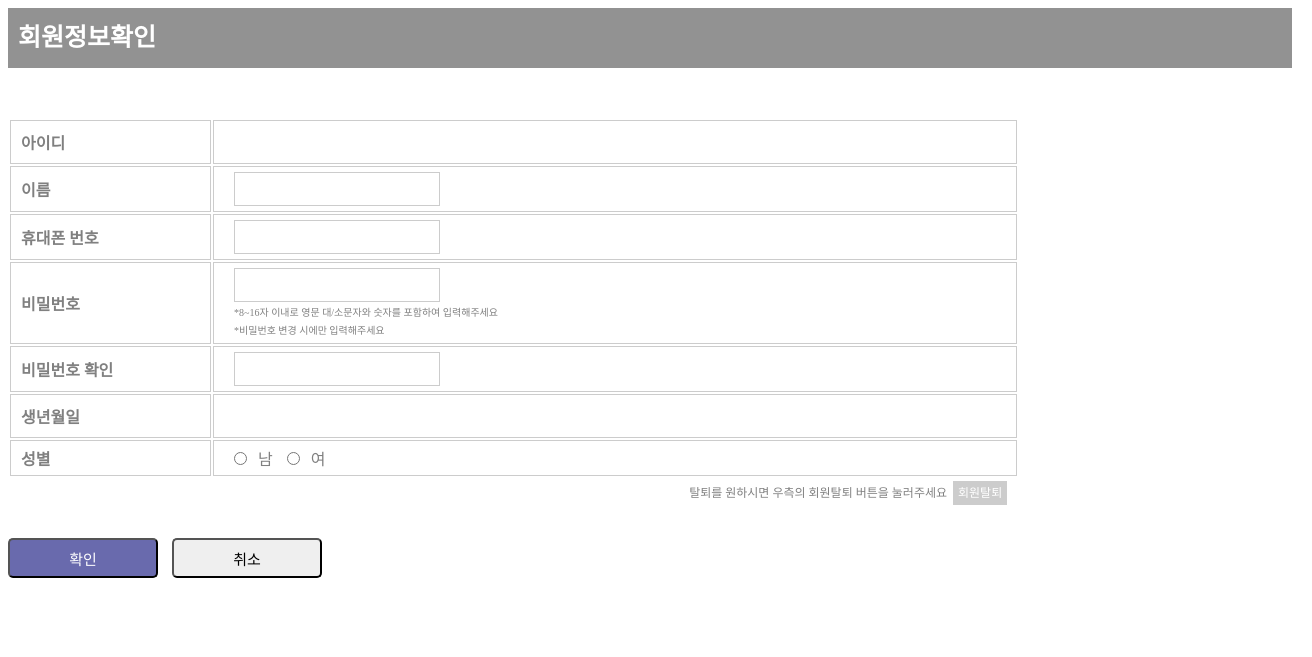
Repository: euzny/Spring-Website
Page: http://localhost/anafor/WEB-INF/views/my_info/info.jsp
An editor plug-in stored every save of this project. The page is shown before and after the next save, followed by the edit.
The browser window is 1280 px wide. The page is 1292 px wide, then 1312 px, so the pictures cover 1312 px, including what lies to the right of the window. The pictures show the whole page.
The page is served by Tomcat 9. Nobody is signed in. Other server files are loaded and not shown. The template is opened directly, without the code that normally fills it, so the values that code supplies are empty.

Above is the page before, as saved 2022-06-21 10:37:25.
Console error: ReferenceError: $ is not defined

### Workspace/anafor/src/main/webapp/WEB-INF/views/my_info/info.jsp
<%@ page language="java" contentType="text/html; charset=UTF-8"
    pageEncoding="UTF-8"%>
<%@ taglib prefix="c" uri="http://java.sun.com/jsp/jstl/core" %>
<!DOCTYPE html>
<html>
<head>
<meta charset="UTF-8">
<title>Insert title here</title>
<script type="text/javascript" src="js/join-check.js"></script>
<style>
	#titlename{ width:100%; background:#929292; height:60px; text-align:left; font-size:25px; font-weight:700; line-height:60px; padding: 0px 10px; color:#FFFFFF; }
	table { width: 80%;  }
	table th{width:20%;}
	table td{width:80%;}
	table th, table td {text-align:left;}
	table th, table td {border:1px solid #ccc; padding: 5px 10px; color: gray; }
	#userInfo{
		margin-top:50px;
	}
	input[type="text"],input[type="password"]{
		margin-left:10px;
		border:1px solid #ccc;
		width:200px;
		height:30px;
	}
	input[type="radio"]{
		margin-left:10px;
	}

	#user_birth, #user_id{
		border:0px;
	}
	span{
		font-size:12px;
		margin-left:10px;
	}
	#pwcond{
		font-size:10px;
		margin:0px 0px 0px 10px;

	}

		input[type="button"]{
		width:150px;
		height:40px;
		margin-right:10px;
		margin-top:30px;
		border-radius:5px;
		font-size:15px;
		color:#FFFFFF;
		cursor:pointer;
	}

	input[type="button"]:nth-child(1){
		background:#696AAD;
	}
	input[type="button"]:nth-child(2){
		color:#000000;
	}
	.invalid{color:red;}
	.valid{color:green;}

	#delete-user{
		background:#ccc;
		color:white;
		padding:5px;
	}

	#namemsg, #telmsg, #pwmsg, #pwchkmsg{
		display:inline-block;
		width:300px;
	}
	input:focus{
		border:1px solid #696AAD;
	}
</style>
</head>
<body>
		<div id = "titlename">회원정보확인</div>
		<div id="userInfo">
			<form action="userinfoUpdate" method="post">
			<input type="hidden" name="user_pw" value="${loginInfo.user_pw}"/>
			<table>
				<tr>
					<th>아이디</th>
					<td><input type="text" name="user_id" id="user_id" value="${loginInfo.user_id}" readonly="readonly"/></td>
				</tr>
				<tr>
					<th>이름</th>
					<td><input type="text" name="user_name" class="chk" value = "${loginInfo.user_name}"/><span id="namemsg"></span></td>
				</tr>
				<tr>
					<th>휴대폰 번호</th>
					<td><input type="text" name="user_tel" class="chk" value = "${loginInfo.user_tel}"/><span id="telmsg"></span></td>
				</tr>
				<tr>
					<th>비밀번호</th>
					<td><input type="password" name="new_pw" class="chk"/><span id="pwmsg"></span>
						<div>
						<span id="pwcond">*8~16자 이내로 영문 대/소문자와 숫자를 포함하여 입력해주세요</span><br/>
						<span id="pwcond">*비밀번호 변경 시에만 입력해주세요</span>
						</div>
					</td>
				</tr>
				<tr>
					<th>비밀번호 확인</th>
					<td><input type="password" name="new_pwchk" class="chk" /><span id="pwchkmsg"></span></td>
				</tr>
				<tr>
					<th>생년월일</th>
					<td><input type="text" value="${loginInfo.user_birth }" id="user_birth" readonly="readonly"/></td>
				</tr>
				<tr>
					<th>성별</th>
					<td><label><input type="radio" name="user_gender" value="남" ${loginInfo.user_gender eq "남" ? 'checked':'' }/>&nbsp;&nbsp;남</label>
					<label><input type="radio" name="user_gender" value="여" ${loginInfo.user_gender eq "여" ? 'checked':'' } />&nbsp;&nbsp;여</label></td>
				</tr>
				<tr>
					<td colspan="2" style="border:0px; text-align:right;"><span>탈퇴를 원하시면 우측의 회원탈퇴 버튼을 눌러주세요&nbsp;&nbsp;<a onclick='delete_user(); return false;' id="delete-user">회원탈퇴</a></span></td>
				</tr>
			</table>
			<div id="btn-class">
				<input type="button" value="확인" onclick="checkedinfo()" />
				<input type="button" value="취소" onclick="canceled()"/>
			</div>
		</form>
		</div>
		<script>
			function checkedinfo(){
				//전화번호, 이름, 비밀번호, 비밀번호 확인 검증
				if(!item_check($('[name=new_pw]'))) 		return;
				if(!item_check($('[name=new_pwchk]')))		return;
				if(!item_check($('[name=user_name]')))		return;
				if(!item_check($('[name=user_tel]'))) 		return;
				alert("회원정보가 수정되었습니다!");
				$('form').submit();

			}


			function item_check(item){
				var data = join.tag_status(item);
				if(data.code == 'invalid') {
					item.siblings('span').text(data.desc).removeClass().addClass(data.code);
					item.focus();
					return false;
				}
				return true;
			}

			$('.chk').on('keyup', function (e) {
				//id 입력 후 enter를 누르면 아이디 중복확인 버튼 실행
				var data = join.tag_status($(this)); //입력하고 있는 tag의 값을 보낸 후 결과값 반환
				$(this).siblings('span').text(data.desc).removeClass().addClass(data.code);
			});

			function canceled(){
					alert("변경이 취소되었습니다.");
					location="userinfo.ur";
			}

			function delete_user(){
				if(confirm("정말 탈퇴하시겠습니까?")){
					$.ajax({					//ajax 통신

						url: 'userDelete' ,
						data : {user_id:$("[name=user_id]").val()},
						success : function(response){
							if(response){
								alert("탈퇴가 완료되었습니다.");
								location = "<c:url value='/' />";
							}
						}, error : function(req,text){
							alert(text+' : '+req.status);
						}
					});//ajaxs

				}else{
					alert("취소되었습니다.");
				}
			}
		</script>
</body>
</html>

### Workspace/anafor/src/main/webapp/resources/js/join-check.js
/*anafor 회원가입 유효성검사 js*/
 var space = /\s/g;	// 문자 내 공백여부 판단
 var join = {

	// tag 의 상태를 확인할 함수를 선언(tag_status)하고 받아오는 값을 tag 변수로 지정
	tag_status: function ( tag ) {
		var data = tag.val();	// tag 내 입력된 값을 data 변수에 할당
		tag = tag.attr('name');	// tag 의 name 속성의 값을 확인 ex) id, pw

	// tag 에 입력한 data에 들어있는데 tag의 name 속성의 값으로 id, pw, pw_chk 등을
	// 구분(판단)하여 유효성 검사 진행하려고 함.
		// id 의 상태가 유효한지 아닌지 판단이 필요하므로 함수 선언( id_status() )
		if (tag == 'user_id')		return this.id_status( data );
		else if ( tag == 'user_pw')	return this.pw_status( data );
		else if ( tag == 'pwchk' )	return this.pw_chk_status( data );
 		else if (tag == 'user_name') return this.name_status(data);
		else if (tag == 'user_birth') return this.birth_status(data);
		else if	(tag=='user_tel')	return this.tel_status(data);
		else if (tag=='new_pw')		return this.new_pw_status(data);
		else if (tag=='new_pwchk')	return this.new_pwchk_status(data);
	}
	, id_status : function ( id ) {
		var reg = /^[0-9a-zA-Z]([-_\.]?[0-9a-zA-Z])*@[0-9a-zA-Z]([-_\.]?[0-9a-zA-Z])*\.[a-zA-Z]{2,3}$/;

		if (id == '') 				return this.id.empty;
		else if (reg.test(id))		return this.id.valid;
		else						return this.id.invalid;

	}
	, id : {
		valid 	 : { code : 'valid', desc : '이메일 중복 확인을 해주세요'},
		invalid  : { code : 'invalid', desc : '유효하지 않은 이메일입니다.'},
		usable	 : { code:'valid',    desc:'사용가능한 이메일입니다.'},
		unUsable : { code:'invalid',  desc:'이미 사용중인 이메일입니다'},
		empty 	 : { code: 'invalid', desc:'이메일을 입력하세요 예)happy@anafor.com'}

	}

	, pw_chk_status : function ( pw_ck ) {
		if ( pw_ck == '' )				return this.pw.empty_pwchk;
		else if (pw_ck == $('[name=user_pw]').val())		return this.pw.equal;
		else 							return this.pw.notEqual;
	}


	, pw_status : function ( pw ) {
		// 비밀번호를 영문 대/소문자, 숫자 외 입력시
		var reg = /[^A-Za-z0-9]/g;
		var upper = /[A-Z]/g, lower = /[a-z]/g, digit = /[0-9]/g;
		if ( pw == '' )					return this.pw.empty;
		else if ( pw.match(space))		return this.common.space;
		else if (reg.test(pw))			return this.pw.invalid;
		else if (pw.length < 8 )		return this.common.min;
		else if (pw.length > 16)		return this.common.max;
		else if (!upper.test(pw) || !lower.test(pw) || !digit.test(pw))	return this.pw.lack;
		else							return this.pw.valid;
	}
	, pw : {
		  empty:{ code:'invalid', desc:'비밀번호를 입력해주세요.'}
		, empty_pwchk:{ code:'invalid', desc:'비밀번호를 다시 한번 입력해주세요.'}
		, valid : { code : 'valid', desc : '사용 가능한 비밀번호 입니다.'}
		, equal : { code : 'valid', desc : '비밀번호가 일치합니다.'}
		, notEqual : { code : 'invalid', desc : '비밀번호가 일치하지 않습니다.'}
		, lack : { code : 'invalid', desc : '영문 대/소문자, 숫자를 모두 포함해야 합니다.'}
		, invalid : { code : 'invalid' , desc : '비밀번호를 영문 대/소문자, 숫자를 모두 포함해야합니다.'}
	}
	, common : {
		empty : { code : 'invalid', desc : '입력하세요!' }
		, space : {code : 'invalid', desc : '공백없이 입력하세요'}
		, max : { code : 'invalid', desc : '최대 16자 이하로 입력하세요'}
		, min : { code : 'invalid', desc : '최소 8자 이상 입력하세요'}
	}

	, id_usable : function ( usable ) {
		if (usable)			return this.id.usable;
		else 				return this.id.unUsable;
	}
	, name_status : function (name){
		var reg=/[^가-힣a-zA-Z]/g;
		if(name=='') 			return this.name.empty;
		else if(reg.test(name)) return this.name.invalid;
		else 					return this.name.valid;

	}
	, name:{
		empty:{code:'invalid',desc:'이름을 입력해주세요'},
		valid:{code:'valid',desc:''},
		invalid:{code:'invalid',desc:"한글과 영문 대/소문자만 입력가능합니다"}
	}
	, birth_status:function(birth){
		var birthday = birth;
		var y = parseInt(birth.substr(0,4),10);
		var m = parseInt(birth.substr(4,2),10);
		var d = parseInt(birth.substr(6,2),10);
		var dt = new Date(y,m-1, d); //생년월일 형식 맞는지 판별
		var today = new Date(); //오늘날짜

		if(birth.length!=0 && dt.getDate()!=d ) return this.birth.invalid;
		else if(birth.length!=0 && dt.getMonth()+1 != m )  return this.birth.invalid;
		else if(birth.length!=0 && dt.getFullYear() != y)  return this.birth.invalid;
		else if(y < 1922 || y >today.getFullYear()-13)			 return this.birth.invalid;
		else if((y == today.getFullYear() && m > today.getMonth()+1)|| (y == today.getFullYear() && m == today.getMonth()+1 && d > today.getDate() ))  return this.birth.notAge;
		else if(birth=='') return this.birth.empty;
		else return this.birth.valid;

	}
	, birth:{
		empty:{code:'invalid',desc:'생년월일을 입력하세요. 예)19990101'},
		valid:{code:'valid',desc:''},
		invalid:{code:'invalid',desc:"생년월일을 형식에 맞게 입력해주세요. 예)19990101"},
		notAge :{code:'invalid',desc:"13살 이상만 가입이 가능합니다."}
	}
	, tel_status:function(tel){
		var reg = /^01([0|1|6|7|8|9])-([0-9]{3,4})-([0-9]{4})$/;
		if(tel=='') return this.tel.empty;
		else if(reg.test(tel)) return this.tel.valid;
		else return this.tel.invalid;
	}
	, tel:{
		empty:{code:'invalid',desc:"휴대폰번호를 입력하세요. '-'을 입력해주세요 예)010-1234-5678"},
		valid:{code:'valid',desc:''},
		invalid:{code:'invalid',desc:"휴대폰번호를 형식에 맞게 입력해주세요. '-'을 입력해주세요 예)010-1234-5678"}
	}
	, new_pw_status : function ( pw ) {
		// 비밀번호를 영문 대/소문자, 숫자 외 입력시
		var reg = /[^A-Za-z0-9]/g;
		var upper = /[A-Z]/g, lower = /[a-z]/g, digit = /[0-9]/g;
		if ( pw != '' ){
			if(pw == $('[name=user_pw]').val()) return this.n_pw.prevEqual;
			else if ( pw.match(space))		return this.common.space;
			else if (reg.test(pw))			return this.n_pw.invalid;
			else if (pw.length > 0 && pw.length < 8 )		return this.common.min;
			else if (pw.length > 16)		return this.common.max;
			else if (!upper.test(pw) || !lower.test(pw) || !digit.test(pw))	return this.n_pw.lack;
			else							return this.n_pw.valid;
		}else{
			return this.n_pw.notChange;
		}

	}
	, n_pw : {
		 empty_pwchk:{ code:'invalid', desc:'비밀번호를 다시 한번 입력해주세요.'}
		, valid : { code : 'valid', desc : '사용 가능한 비밀번호 입니다.'}
		, equal : { code : 'valid', desc : '비밀번호가 일치합니다.'}
		, notEqual : { code : 'invalid', desc : '비밀번호가 일치하지 않습니다.'}
		, lack : { code : 'invalid', desc : '영문 대/소문자, 숫자를 모두 포함해야 합니다.'}
		, invalid : { code : 'invalid' , desc : '비밀번호를 영문 대/소문자, 숫자를 모두 포함해야합니다.'}
		, notChange : {code:'valid',desc:''}
		, prevEqual : {code:'invalid', desc:'기존의 비밀번호과 같은 비밀번호를 사용할 수 없습니다.'}
		, chknewpw : { code:'invalid', desc:'비밀번호를 먼저 확인해주세요'	}
	}
	,new_pwchk_status : function ( pw_ck ) {
		if($('[name=new_pw]').val() == '' && pw_ck == ''){     //비밀번호 변경 안할때
			return this.n_pw.notChange;
		}else if($('#pwmsg').hasClass("valid")){
			if($('[name=new_pw]').val() == '' && pw_ck == '' )	return this.n_pw.notChange;
			else if($('[name=new_pw]').val() == pw_ck) return this.pw.equal;
			else if(pw_ck == '')return this.pw.empty_pwchk;
			else{
				return this.pw.notEqual;
			}
		}else{
			return this.n_pw.chknewpw;
		}

	}
}

After the next save:
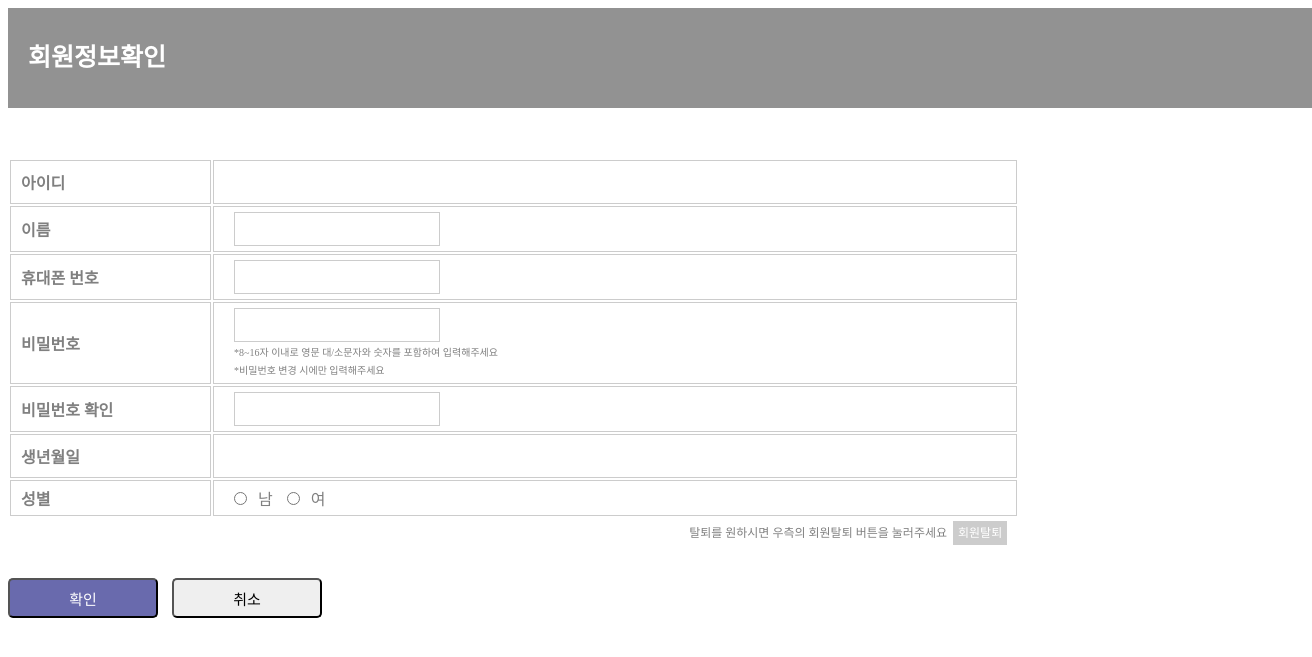
Saved 48 s later.
--- a/Workspace/anafor/src/main/webapp/WEB-INF/views/my_info/info.jsp
+++ b/Workspace/anafor/src/main/webapp/WEB-INF/views/my_info/info.jsp
@@ -8,7 +8,7 @@
 <title>Insert title here</title>
 <script type="text/javascript" src="js/join-check.js"></script>
 <style>
-	#titlename{ width:100%; background:#929292; height:60px; text-align:left; font-size:25px; font-weight:700; line-height:60px; padding: 0px 10px; color:#FFFFFF; }
+	#titlename{ width:100%; background:#929292; height:60px; text-align:left; font-size:25px; font-weight:700; line-height:60px; padding: 20px; color:#FFFFFF; }
 	table { width: 80%;  }
 	table th{width:20%;}
 	table td{width:80%;}
